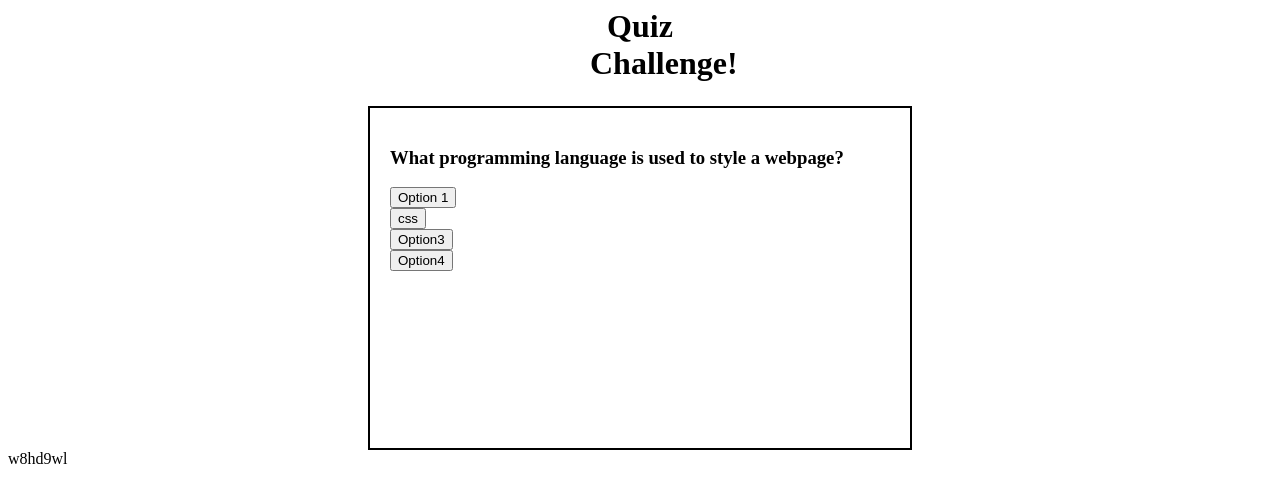
Repository: s88leigh/Quiz-Challenge
Page: index.html
An editor plug-in stored every save of this project. The page is shown before and after a run of saves, followed by the edit.
The browser window is 1280 px wide. The pictures show the whole page.

Above is the page before, as saved 2019-10-19 10:06:45.

After the next 2 saves:
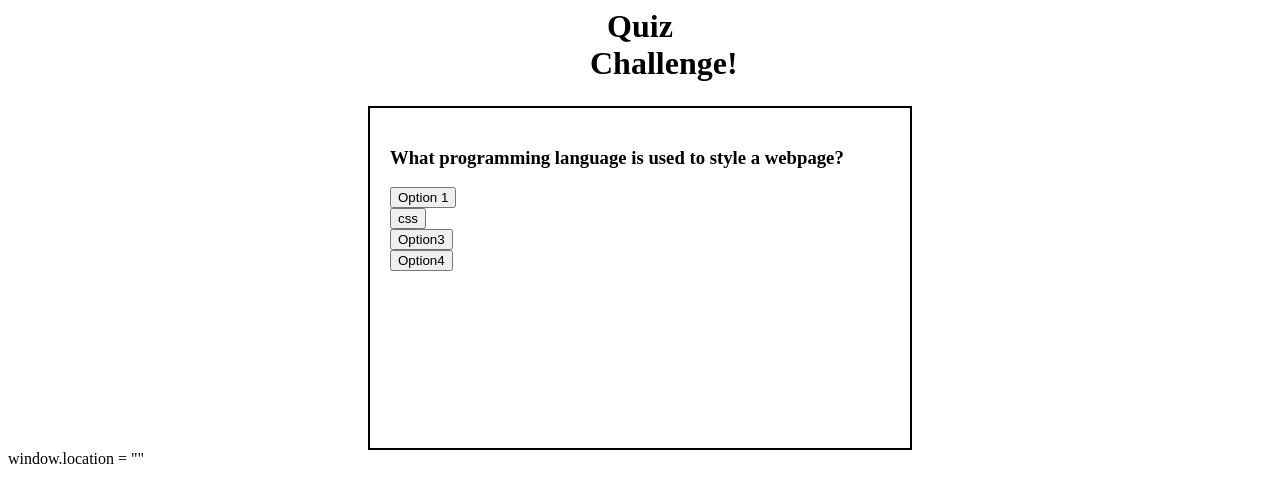
The 2 saves are shown as one change because they came seconds apart.
The last was saved 9 s later.
--- a/index.html
+++ b/index.html
@@ -22,7 +22,7 @@
     </div>
 
     <script src="./script.js"></script>
-    w8hd9wl
+    window.location = ""
 </body>
 
 </html>
